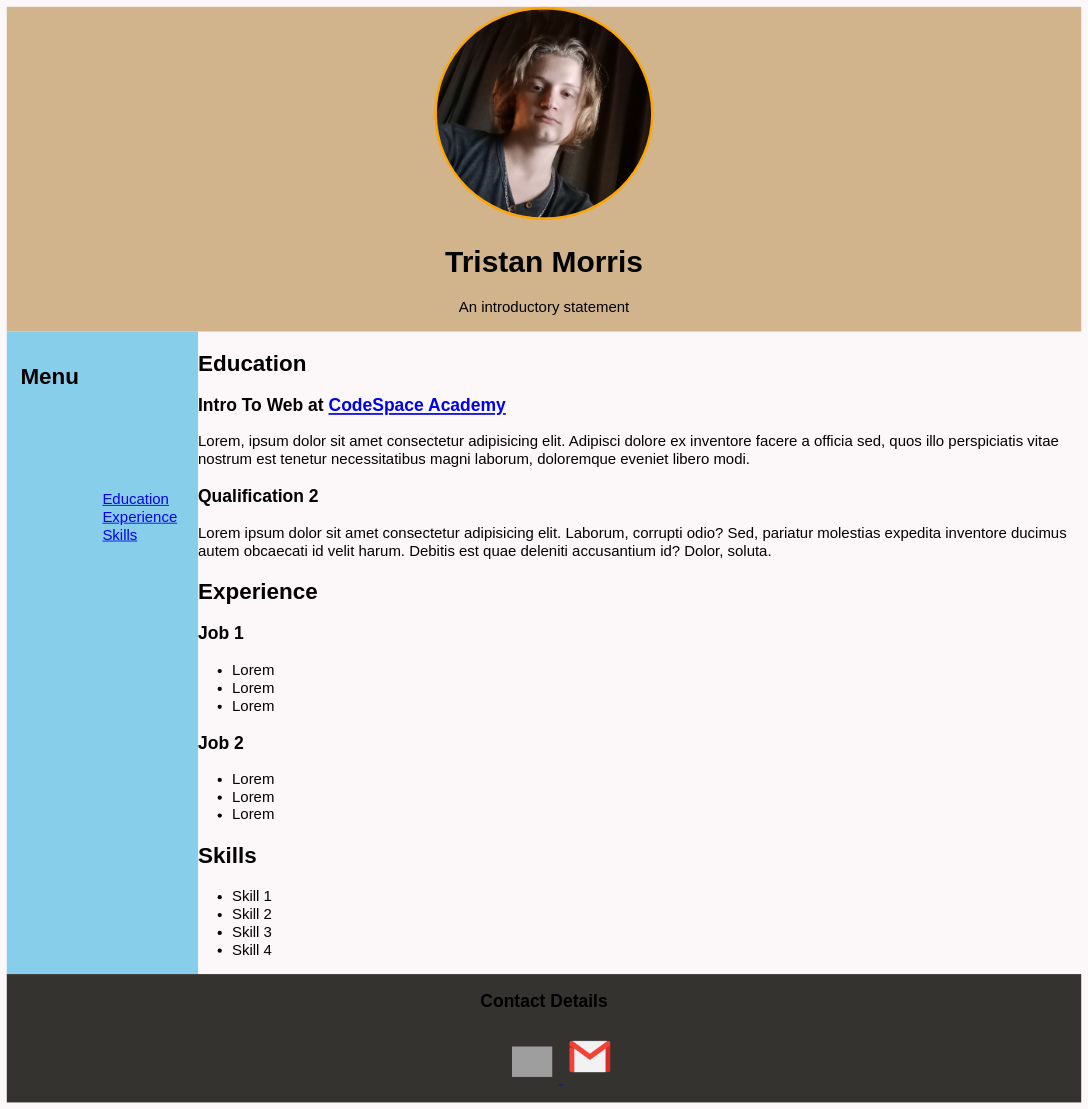
Repository: TristanKMorris/introToWebDesignAssignment
Page: resume1.html
An editor plug-in stored every save of this project. The page is shown before and after the next save, followed by the edit.
The browser window is 1280 px wide. The pictures show the whole page, at 85% of full size.
Pictures or frames that could not be fetched are drawn as grey boxes.

Above is the page before, as saved 2022-06-02 20:03:58.

### resume1.html

<!DOCTYPE html>
<html
  <head>
    <title>My first web page</title>

    <link rel="stylesheet" type="text/css" href="css/stylesheet.css">
  </head>

  <body>

  <header id="heading">
        <img src="images/tristanPortrait.jpg"
        alt="Tristan Morris Portrait"
        id="profilePhoto"/>
        <h1>Tristan Morris</h1>
        <p>An introductory statement</p>

  </header>

<main class="main">

     <div id="sidebar">
  <nav>

    <h2>Menu</h2>

    <ul class="navMenu">
      <li><a href="#education">Education</a></li>
      <li><a href="#experience">Experience</a></li>
      <li><a href="#skills">Skills</a></li>
    </ul>
  </nav>

  </div>

  <div class="content">

    <h2 id="education">Education</h2>
    <h3>
      Intro To Web at <a href="http://codespace.co.za/">CodeSpace Academy</a>
    </h3>
    <p>
      Lorem, ipsum dolor sit amet consectetur adipisicing elit. Adipisci dolore
      ex inventore facere a officia sed, quos illo perspiciatis vitae nostrum
      est tenetur necessitatibus magni laborum, doloremque eveniet libero modi.
    </p>
    <h3>Qualification 2</h3>
    <p>
      Lorem ipsum dolor sit amet consectetur adipisicing elit. Laborum, corrupti
      odio? Sed, pariatur molestias expedita inventore ducimus autem obcaecati
      id velit harum. Debitis est quae deleniti accusantium id? Dolor, soluta.
    </p>
    <h2 id="experience">Experience</h2>
    <h3>Job 1</h3>
    <ul>
      <li>Lorem</li>
      <li>Lorem</li>
      <li>Lorem</li>
    </ul>
    <h3>Job 2</h3>
    <ul>
      <li>Lorem</li>
      <li>Lorem</li>
      <li>Lorem</li>
    </ul>
    <h2 id="skills">Skills</h2>
    <ul>
      <li>Skill 1</li>
      <li>Skill 2</li>
      <li>Skill 3</li>
      <li>Skill 4</li>
    </ul>

    </div>
</main>

<footer>

      <h3>Contact Details</h3>
      <ul>
         <a href="http://www.instagram.com/tristan_k_morris">
           <img class="icons" src="images/instagramIcon.png" alt="Tristan Morris Instagram">

         </a>
         <a href="http://mail.google.com">
           <img class="icons" src="images/gmailIcon.png" alt="Tristan Morris Email">
         </a>
      </ul>

    </footer>


  </body>
</html>

### css/stylesheet.css
body{
  font-family: sans-serif;
  font-size:110%;
  background-color: #FCF7F8;
  display: flex;
  flex-direction: column;
}

.main{
  display: flex;
  flex-direction: row;
  overflow: unset;
}

#profilePhoto{
  width: 20%;
  height: 20%;
  border-radius: 50%;
  border: 3px solid orange;
}

header {
  text-align: center;
  justify-content: center;
}
#heading{
  font-family: sans-serif;
  font: size 110%;
  background-color: tan;
}

footer {
  background-color: #343330;
  text-align: center;
}
#sidebar{
  width: 25%;
  background-color: skyblue;
  padding: 1rem;
  color: black;
}
.navMenu{
  list-style-type: none;
  padding: 50%;
}

.icons{
  width: 3rem;
  margin: 0.5rem;
  height: auto;
}

After the next save:
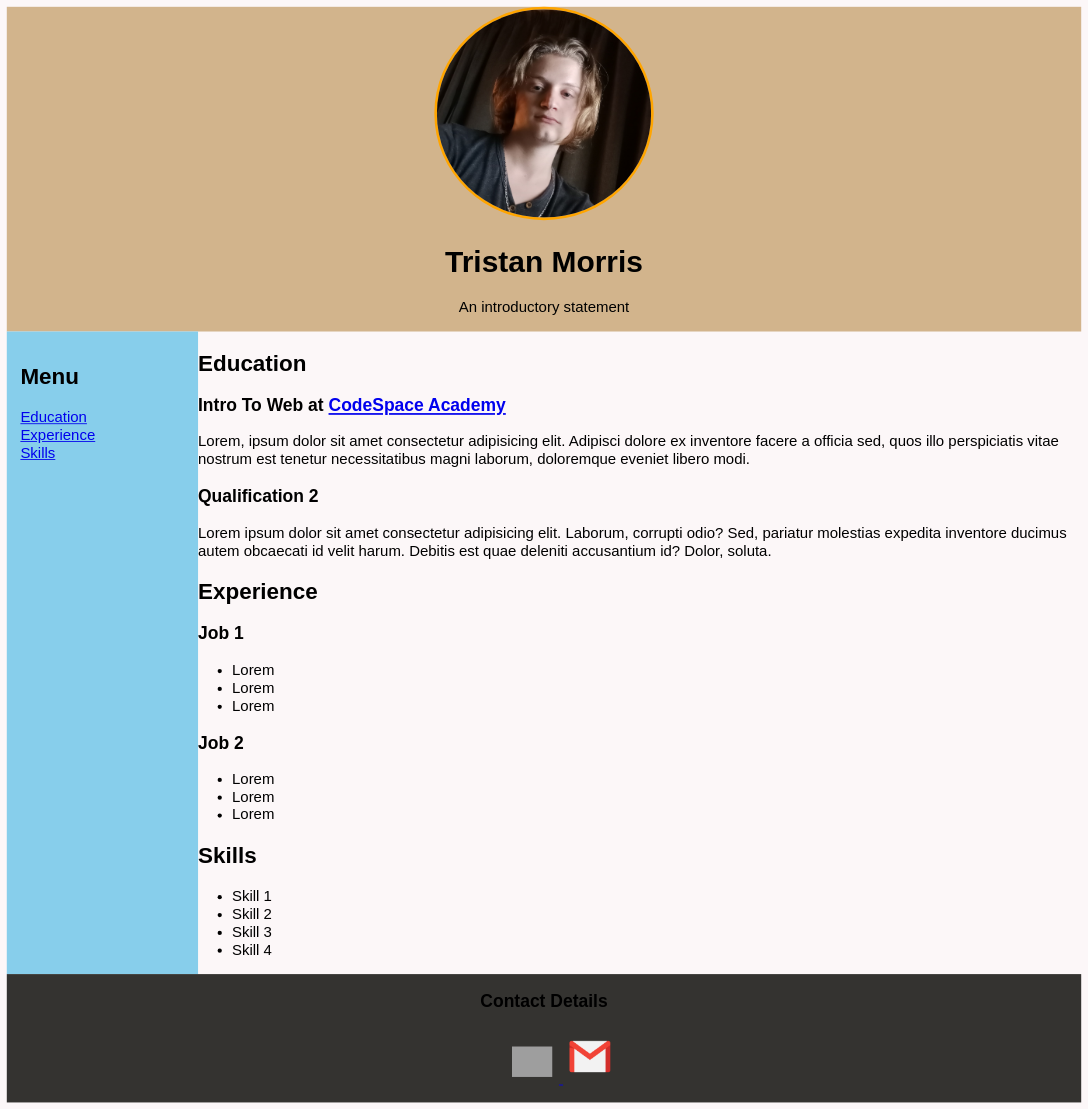
Saved 5 s later.
--- a/css/stylesheet.css
+++ b/css/stylesheet.css
@@ -41,7 +41,7 @@ footer {
 }
 .navMenu{
   list-style-type: none;
-  padding: 50%;
+  padding: 0%;
 }
 
 .icons{
